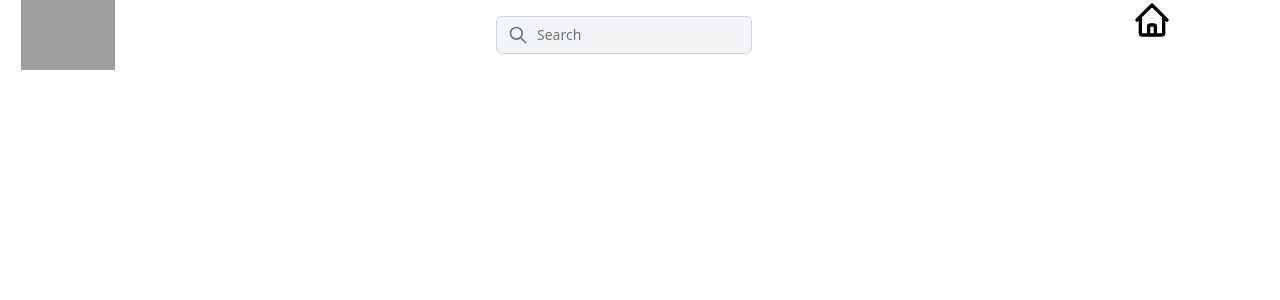
Repository: Qu4ntumGuy/insta-clone
Page: /
The author's editor kept a copy of each file at every save. The page is drawn from the files as they stood at one save, then again after the next save.
The browser window is 1280 px wide. The pictures show the whole page.
Pictures or frames that could not be fetched are drawn as grey boxes. The project was rebuilt for these pictures with package versions that can differ from the ones it lists, and the page was loaded fresh each time. The framework's server and built-in components were replaced by stand-ins that run in the browser. Also part of the build but not shown: next.config.js.

Above is the page before, as saved 2022-03-16 12:16:57.

### pages/index.js
import Head from "next/head";
import Header from "../components/Header";

export default function Home() {
  return (
    <div className="">
      <Head>
        <title>Instagram 2.0</title>
        <link rel="icon" href="/favicon.ico" />
      </Head>
      <Header />
    </div>
  );
}

### components/Header.js
import Image from "next/image";
import {
  SearchIcon,
  PlusCicleIcon,
  UserGroupIcon,
  HeartIcon,
  PaperAirplaneIcon,
  MenuIcon,
  HomeIcon,
} from "@heroicons/react/outline";

const Header = () => {
  return (
    <div>
      <div className="flex justify-between max-w-6xl mx-5">
        <div className="relative hidden lg:inline-grid w-24 cursor-pointer">
          <Image
            src="https://logos-world.net/wp-content/uploads/2020/04/Instagram-Logo.png"
            layout="fill"
            objectFit="contain"
          />
        </div>

        <div className="relative w-10 lg:hidden flex-shrink-0">
          <Image
            src="https://logos-world.net/wp-content/uploads/2020/04/Instagram-Emblem-700x394.png"
            layout="fill"
            objectFit="contain"
          />
        </div>

        <div className=" max-w-xs">
          <div className=" relative m-1 p-3 rounded-md">
            <div className=" absolute inset-y-0  pl-3 flex items-center">
              <SearchIcon className=" h-5 w-5 text-gray-500" />
            </div>
            <input
              className="bg-gray-100 rounded-md block w-full pl-10 sm: text-sm
            border-gray-300 focus:ring-black focus:border-black"
              type="text"
              placeholder="Search"
            />
          </div>
        </div>

        <HomeIcon className=" h-10 w-10" />
      </div>
    </div>
  );
};

export default Header;

Loaded but not shown: pages/_app.js (common file); styles/globals.css (common file); tailwind.config.js (common file)

After the next save:
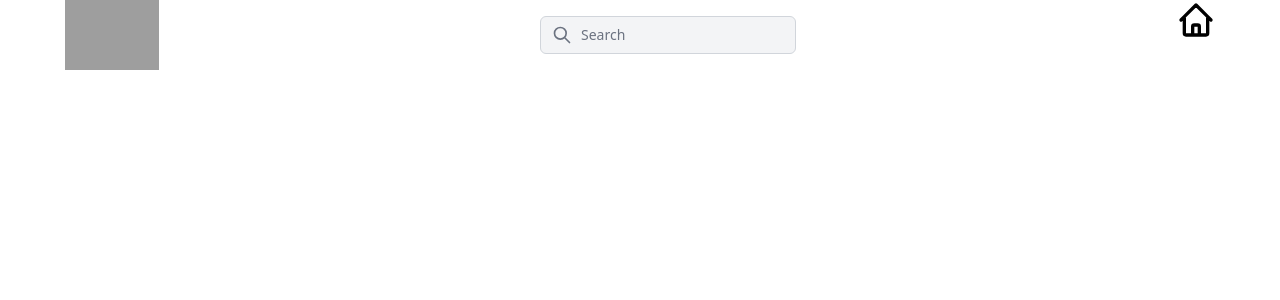
Saved 10 s later.
--- a/components/Header.js
+++ b/components/Header.js
@@ -12,7 +12,7 @@ import {
 const Header = () => {
   return (
     <div>
-      <div className="flex justify-between max-w-6xl mx-5">
+      <div className="flex justify-between max-w-6xl mx-5 xl:mx-auto">
         <div className="relative hidden lg:inline-grid w-24 cursor-pointer">
           <Image
             src="https://logos-world.net/wp-content/uploads/2020/04/Instagram-Logo.png"
